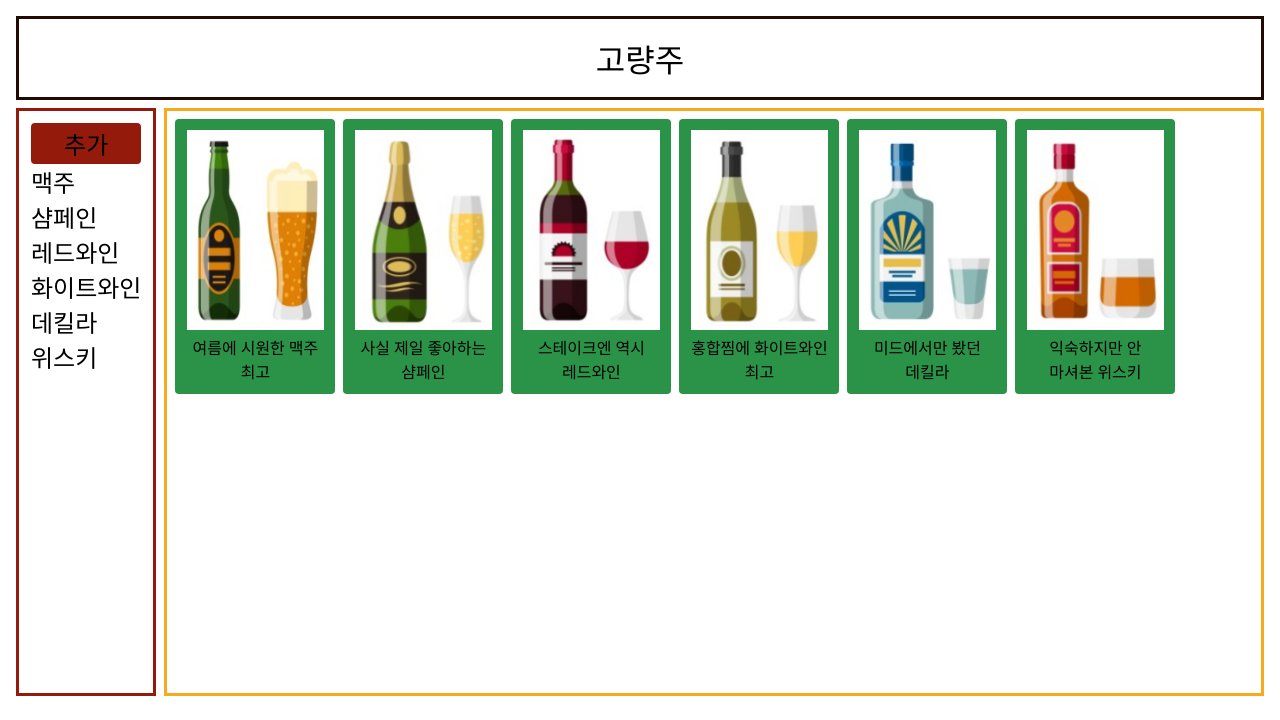
Repository: Jay-JYKim91/grj_2nd_week
Page: index.html
The author's editor kept a copy of each file at every save. The page is drawn from the files as they stood at one save, then again after the next save.
The browser window is 1280 px wide. The pictures show the whole page.
Some web fonts or font styles are not loaded; a fallback is used.

Above is the page before, as saved 2022-05-16 16:28:21.

After the next save:
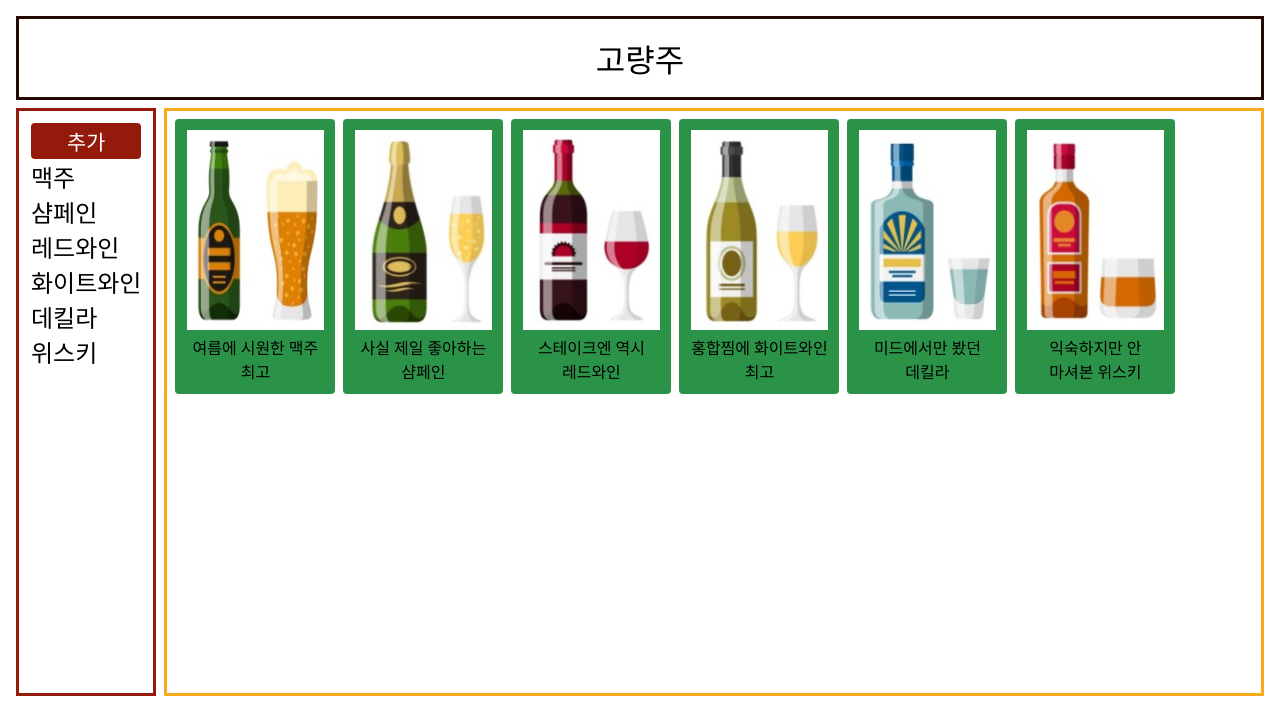
Saved 6 s later.
--- a/styles.css
+++ b/styles.css
@@ -42,7 +42,8 @@ aside {
   background-color: #941b0c;
   border-radius: 4px;
   border: 2px solid #941b0c;
-  font-size: 1.5rem;
+  color: white;
+  font-size: 1.3rem;
 }
 
 .cards {
